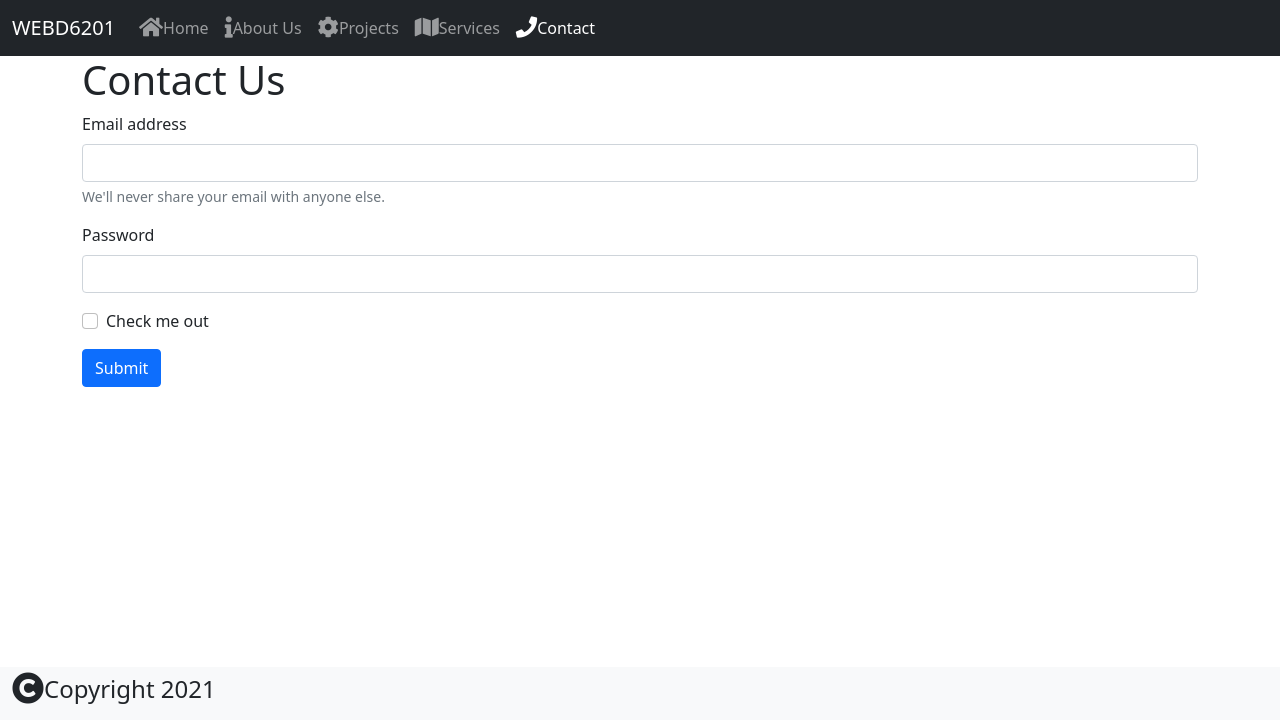
Repository: deividwsantoss/webd6201-W2021-ICE1
Page: contact.html
These files come from the project's save history. The page is drawn as it stood at one moment and after the next save; the edit follows.
The browser window is 1280 px wide. The pictures show the whole page.

Above is the page before, as saved 2021-02-02 12:34:46.

### contact.html
<!DOCTYPE html>
<html lang="en">
<head>
    <meta charset="UTF-8">
    <meta name="viewport" content="width=device-width, initial-scale=1.0">
    <title>Contact</title>
</head>
<!-- CSS SECTION -->
<link rel="stylesheet" href="./node_modules/bootstrap/dist/css/bootstrap.min.css">
<link rel="stylesheet" href="./node_modules/@fortawesome/fontawesome-free/css/all.min.css">
<link rel="stylesheet" href="./Content/app.css">

<body>
    <!-- MAIN HEADER-->
    <header>
        <!-- Main Navegation-->
        <nav class="navbar navbar-expand-lg navbar-dark bg-dark">
            <div class="container-fluid">
              <a class="navbar-brand" href="Index.html">WEBD6201</a>
              <button class="navbar-toggler" type="button" data-bs-toggle="collapse" data-bs-target="#navbarSupportedContent" aria-controls="navbarSupportedContent" aria-expanded="false" aria-label="Toggle navigation">
                <span class="navbar-toggler-icon"></span>
              </button>
              <div class="collapse navbar-collapse" id="navbarSupportedContent">
                <ul class="navbar-nav me-auto mb-2 mb-lg-0">
                  <li class="nav-item">
                    <a class="nav-link" aria-current="page" href="Index.html"><i class="fas fa-home fa-lg"></i>Home</a>
                  </li>
                  <li class="nav-item">
                    <a class="nav-link" aria-current="page" href="about.html"><i class="fas fa-info fa-lg"></i>About Us</a>
                  </li>
                  <li class="nav-item">
                    <a class="nav-link" aria-current="page" href="projects.html"><i class="fas fa-cog fa-lg"></i>Projects</a>
                  </li>
                  <li class="nav-item">
                    <a class="nav-link" aria-current="page" href="services.html"><i class="fas fa-map fa-lg"></i>Services</a>
                  </li>
                  <li class="nav-item">
                    <a class="nav-link active" aria-current="page" href="contact.html"><i class="fas fa-phone fa-lg"></i>Contact</a>
                  </li>

                </ul>

              </div>
            </div>
          </nav>
    </header>
    <!-- Main content-->
    <main class="container">
        <h1>Contact Us</h1>
        <form>
  <div class="mb-3">
    <label for="exampleInputEmail1" class="form-label">Email address</label>
    <input type="email" class="form-control" id="exampleInputEmail1" aria-describedby="emailHelp">
    <div id="emailHelp" class="form-text">We'll never share your email with anyone else.</div>
  </div>
  <div class="mb-3">
    <label for="exampleInputPassword1" class="form-label">Password</label>
    <input type="password" class="form-control" id="exampleInputPassword1">
  </div>
  <div class="mb-3 form-check">
    <input type="checkbox" class="form-check-input" id="exampleCheck1">
    <label class="form-check-label" for="exampleCheck1">Check me out</label>
  </div>
  <button type="submit" class="btn btn-primary">Submit</button>
</form>

    </main>

    <!-- Main Footer -->
    <footer>
        <nav class="navbar fixed-bottom navbar-light bg-light">
            <div class="container-fluid">
                <h4><i class="fas fa-copyright fa-lg"></i>Copyright 2021 </h4>
            </div>
          </nav>

    </footer>
    <!-- Script Section-->
    <script src="./node_modules/jquery/dist/jquery.min.js"></script>
    <script src="./node_modules/bootstrap/dist/js/bootstrap.bundle.min.js"></script>
    <script src="./Scripts/app.js"></script>
</body>
</html>

### Scripts/app.js
/* Custom JavaScript goes here */


// IIFE -
//AKA - Anonymous self-excuting function

"use strict";

(function()
{
    function displayHome(){

        let paragraphOneText = "This is a simple site to demonstrate DOM manipulation for ICE 1";
        let paragraphOneElement = document.getElementById("paragraphOne");

        //let paragraphOneParagraph = document.getElementsByTagName("p")[0];
        //let paragraphOneQuery = document.querySelector("p");
        //let paragraphOneQuerys = document.querySelectorAll("p")[0];

        paragraphOneElement.textContent = paragraphOneText;
        paragraphOneElement.className = "fs-5";

        //SECOND METHOD
        //Step 1. document.createElement
        let newParagraph = document.createElement("p");
        //configure the element
        newParagraph.setAttribute("id", "paragraphTwo");
        newParagraph.textContent = "... And this is Paragraph Two";
        //step 3. Select the parent element
        let mainContent = document.getElementsByTagName("main")[0];
        //step 4. Add / Insert the element
        mainContent.appendChild(newParagraph);

        newParagraph.className = "fs-5";

        //  Another way to insert
        let paragraphDiv = document.createElement('div');
          let paragraphThree = `<p class="fs-7 fw-bold">And this is the Third Paragraph</p>`
        paragraphDiv.innerHTML = paragraphThree;

        newParagraph.before(paragraphDiv);

        // Deletions

        //removing simple element
        // paragraphOneElement.remove();

        //example of remove child
        // mainContent.removeChild(paragraphOneElement);

        // UPDATE - MODIFICATION

        //mainContent.firstElementChild.textContent = "Welcome Home";

        mainContent.innerHTML =
        `<h1 id="firstHeading">Welcome to WEBD6201 </h1>
        <p id="paragraphOne" class="fs-3">This is my first paragraph</p>
        `

    }
    function displayAbout(){

    }
    function displayProjects(){

    }
    function displayServices(){

    }
    function displayContact(){

    }

    function Start()
    {
        console.log("App Started...");
        switch(document.title)
        {
            case 'Home':
                displayHome();
                break;
            case 'About':
                displayAbout();
                break;
            case 'Projects':
                displayProjects();
                break;
            case 'Services':
                displayServices();
                break;
            case 'Contact':
                displayContact();
                    break;
        }


    }
    window.addEventListener("load", Start);


})();

Loaded but not shown: node_modules/bootstrap/dist/css/bootstrap.min.css (library); node_modules/@fortawesome/fontawesome-free/css/all.min.css (library); node_modules/jquery/dist/jquery.min.js (library); node_modules/bootstrap/dist/js/bootstrap.bundle.min.js (library); Content/app.css (no stored copy; drawn as an empty file)

After the next save:
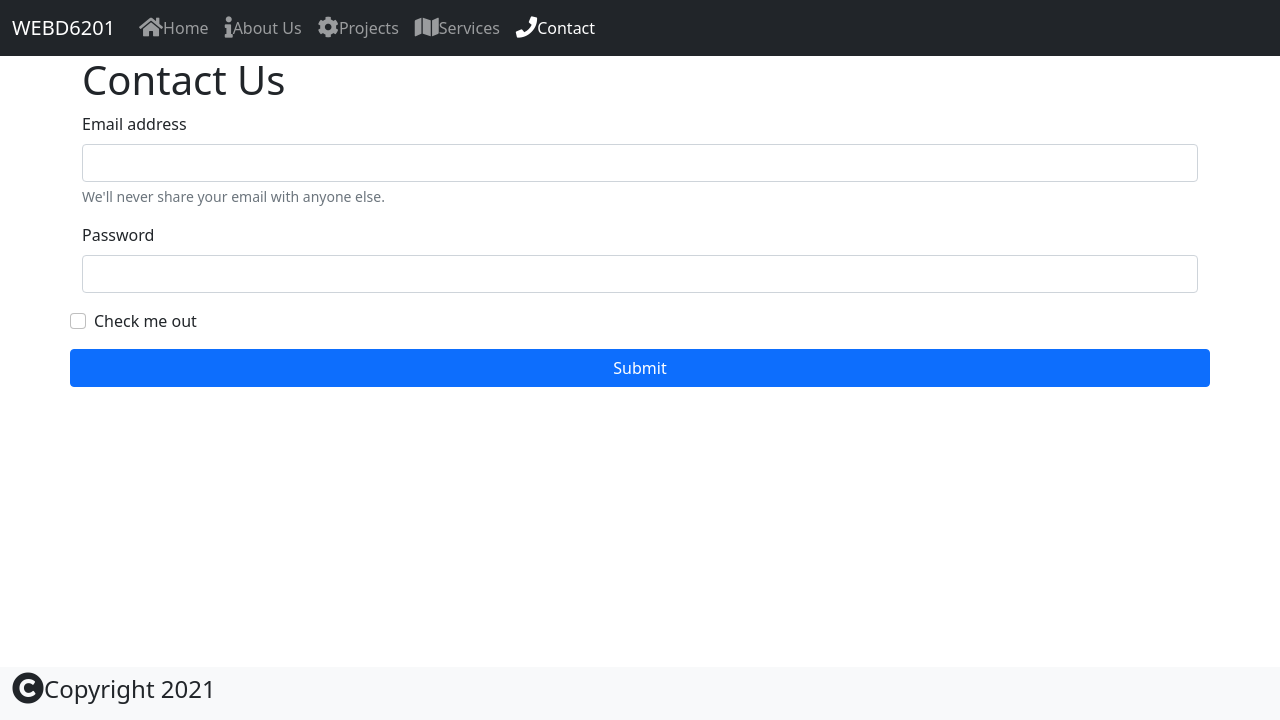
Saved 8 min 50 s later.
--- a/contact.html
+++ b/contact.html
@@ -47,22 +47,23 @@
     <!-- Main content-->
     <main class="container">
         <h1>Contact Us</h1>
-        <form>
-  <div class="mb-3">
-    <label for="exampleInputEmail1" class="form-label">Email address</label>
-    <input type="email" class="form-control" id="exampleInputEmail1" aria-describedby="emailHelp">
-    <div id="emailHelp" class="form-text">We'll never share your email with anyone else.</div>
-  </div>
-  <div class="mb-3">
-    <label for="exampleInputPassword1" class="form-label">Password</label>
-    <input type="password" class="form-control" id="exampleInputPassword1">
-  </div>
-  <div class="mb-3 form-check">
-    <input type="checkbox" class="form-check-input" id="exampleCheck1">
-    <label class="form-check-label" for="exampleCheck1">Check me out</label>
-  </div>
-  <button type="submit" class="btn btn-primary">Submit</button>
-</form>
+
+        <form class="row">
+          <div class="mb-3">
+            <label for="exampleInputEmail1" class="form-label">Email address</label>
+            <input type="email" class="form-control" id="exampleInputEmail1" aria-describedby="emailHelp">
+            <div id="emailHelp" class="form-text">We'll never share your email with anyone else.</div>
+          </div>
+          <div class="mb-3">
+            <label for="exampleInputPassword1" class="form-label">Password</label>
+            <input type="password" class="form-control" id="exampleInputPassword1">
+          </div>
+          <div class="mb-3 form-check">
+            <input type="checkbox" class="form-check-input" id="exampleCheck1">
+            <label class="form-check-label" for="exampleCheck1">Check me out</label>
+          </div>
+          <button type="submit" class="btn btn-primary">Submit</button>
+        </form>
 
     </main>
 

After the save that followed:
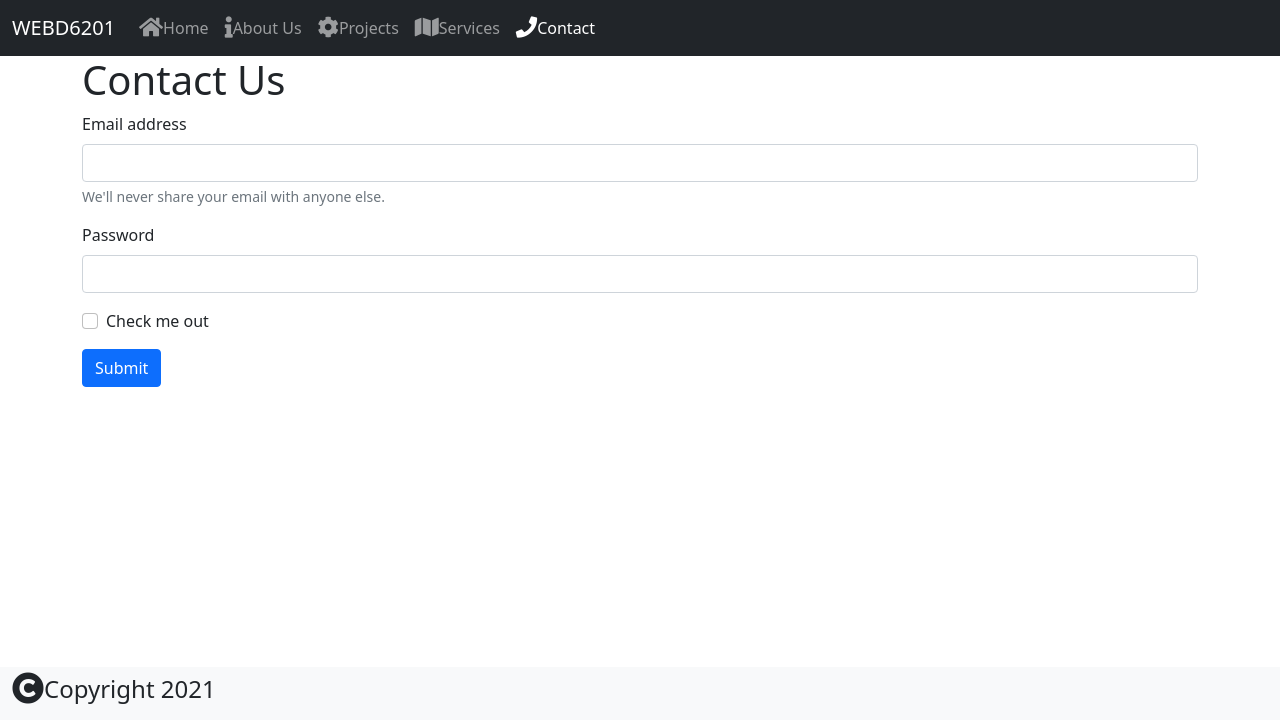
Saved 64 s later.
--- a/contact.html
+++ b/contact.html
@@ -47,8 +47,8 @@
     <!-- Main content-->
     <main class="container">
         <h1>Contact Us</h1>
-
-        <form class="row">
+        <div class="row">
+        <form >
           <div class="mb-3">
             <label for="exampleInputEmail1" class="form-label">Email address</label>
             <input type="email" class="form-control" id="exampleInputEmail1" aria-describedby="emailHelp">
@@ -64,7 +64,7 @@
           </div>
           <button type="submit" class="btn btn-primary">Submit</button>
         </form>
-
+      </div>
     </main>
 
     <!-- Main Footer -->
